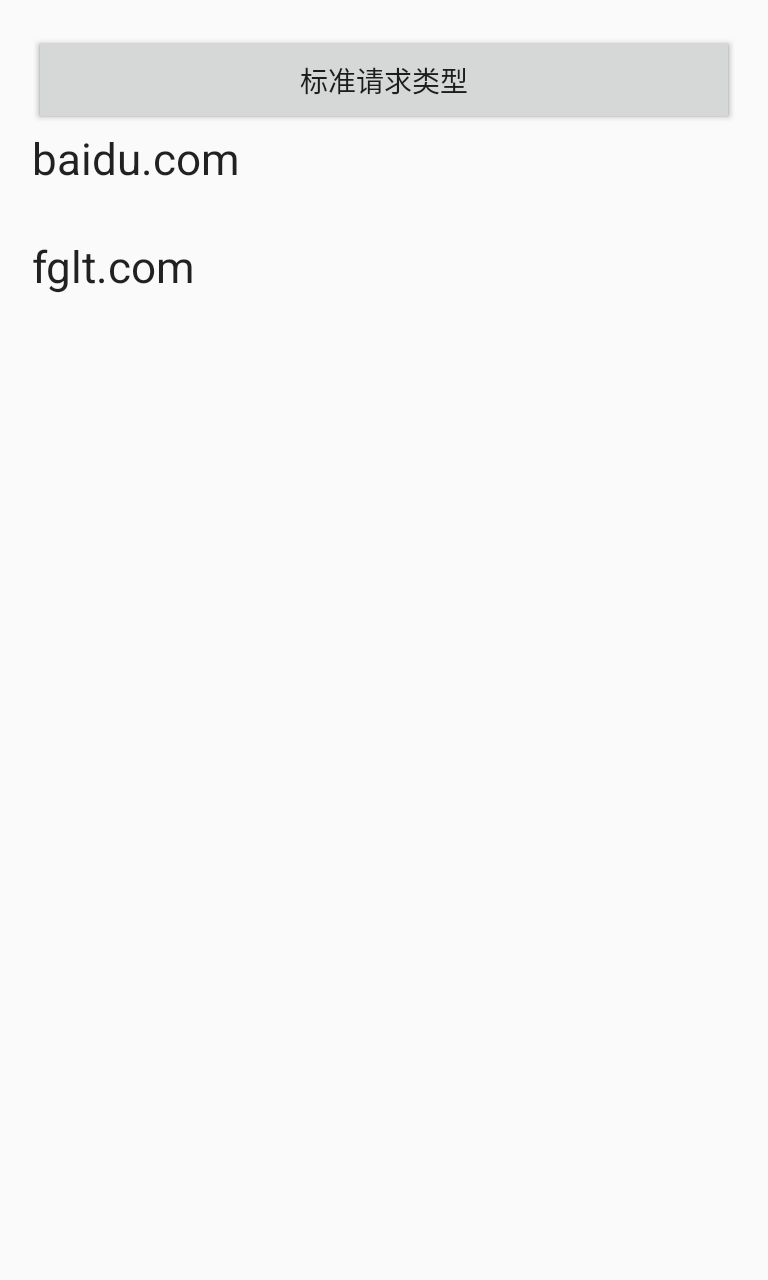
Repository: xiaoniao/home
Layout: android_training/VolleyTraing/res/layout/activity_main.xml
An editor plug-in stored every save of this project. The layout is shown before and after the next save, followed by the edit.
It is drawn on a 768 x 1280 px phone screen (xhdpi) without system bars, with theme AppTheme; the app's code is not run.

Above is the layout before, as saved 2014-09-04 14:25:22.

After the next save:
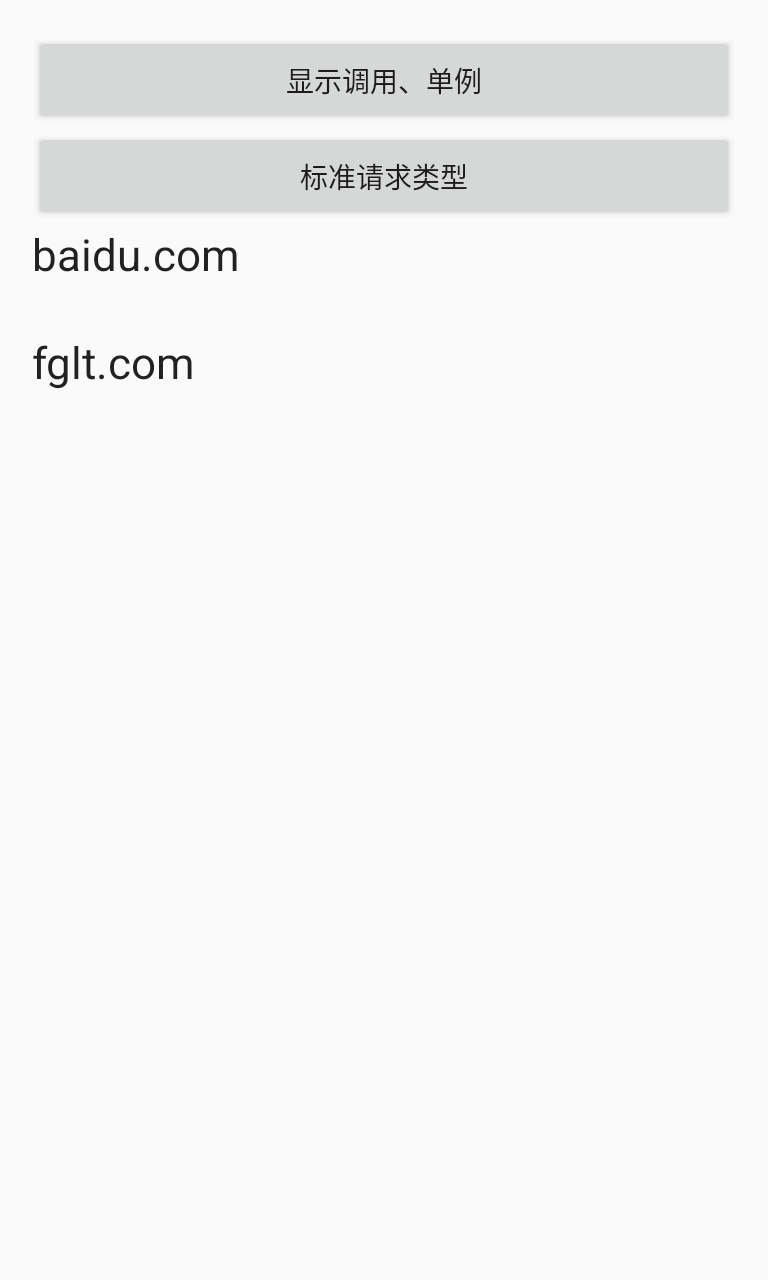
Saved 6 s later.
--- a/android_training/VolleyTraing/res/layout/activity_main.xml
+++ b/android_training/VolleyTraing/res/layout/activity_main.xml
@@ -23,13 +23,14 @@
             android:id="@+id/standardbtn"
             android:layout_width="match_parent"
             android:layout_height="wrap_content"
+            android:layout_below="@id/custombtn"
             android:text="标准请求类型" />
 
         <TextView
             android:id="@+id/textView1"
             android:layout_width="wrap_content"
             android:layout_height="wrap_content"
-            android:layout_below="@id/custombtn"
+            android:layout_below="@id/standardbtn"
             android:text="baidu.com"
             android:textAppearance="?android:attr/textAppearanceLarge" />
 
